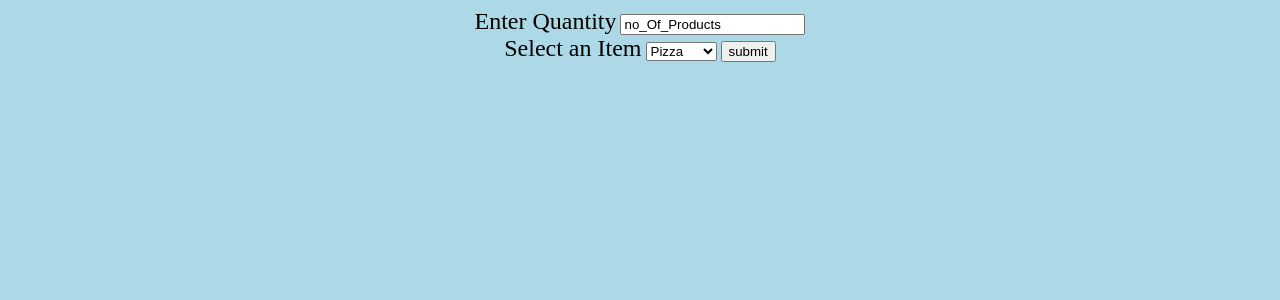
Repository: deevanshu07/Projects
Page: http://localhost/Ejb3/customer.jsp
An editor plug-in stored every save of this project. The page is shown before and after the next save, followed by the edit.
The browser window is 1280 px wide. The pictures show the whole page.
The page is served by Tomcat 9. Other server files are loaded and not shown.

Above is the page before, as saved 2015-03-21 13:58:47.

### BOOT_CAMP_PROJECTS/Deevanshu1/Ejb3/WebContent/customer.jsp
<%@ page language="java" contentType="text/html; charset=ISO-8859-1"
    pageEncoding="ISO-8859-1"%>
<!DOCTYPE html PUBLIC "-//W3C//DTD HTML 4.01 Transitional//EN" "http://www.w3.org/TR/html4/loose.dtd">
<html>
<head>
<meta http-equiv="Content-Type" content="text/html; charset=ISO-8859-1">
<title>Insert title here</title>
</head>
<body bgcolor="lightblue">
<div align="center">
<form action="PlaceOrderqueue">

<font size=5px>Enter Quantity</font>
<input type="text" value="no_Of_Products"/><br/>
<font size=5px>Select an Item</font>
<select name="selectedItem">
<option>Pizza</option>
<option>Burger</option>
<option>Maggi</option>
<option>Coffee</option>
<option>Cake</option>
<option>Chicken</option>
</select>
<input type="submit" value="submit"/>
</form>
</div>
</body>
</html>

After the next save:
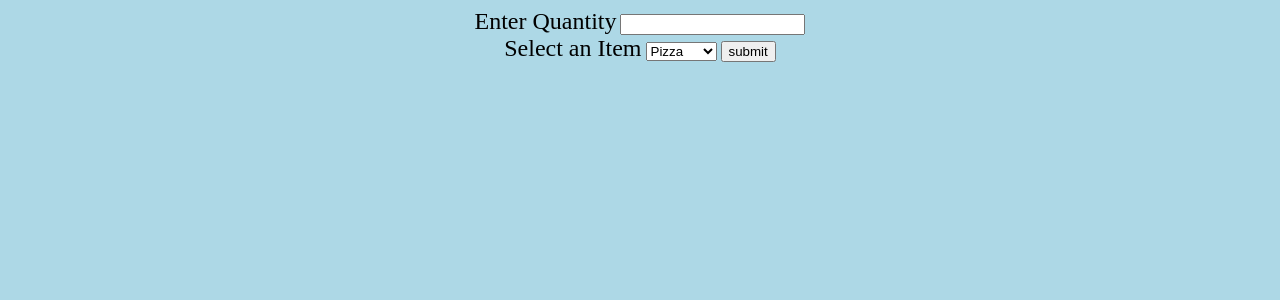
Saved 21 s later.
--- a/BOOT_CAMP_PROJECTS/Deevanshu1/Ejb3/WebContent/customer.jsp
+++ b/BOOT_CAMP_PROJECTS/Deevanshu1/Ejb3/WebContent/customer.jsp
@@ -11,7 +11,7 @@
 <form action="PlaceOrderqueue">
 
 <font size=5px>Enter Quantity</font>
-<input type="text" value="no_Of_Products"/><br/>
+<input type="text" name="no_Of_Products"/><br/>
 <font size=5px>Select an Item</font>
 <select name="selectedItem">
 <option>Pizza</option>
